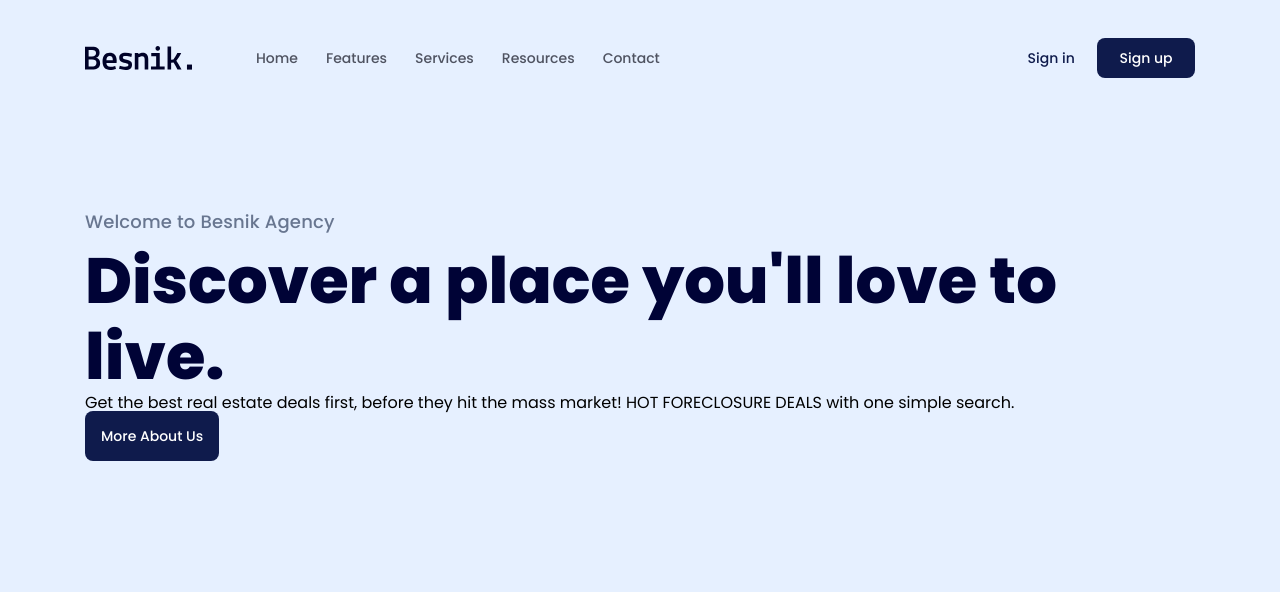
Repository: Tibi2003/f8-htmlcss-01
Page: index.html
An editor plug-in stored every save of this project. The page is shown before and after the next save, followed by the edit.
The browser window is 1280 px wide. The pictures show the whole page.

Above is the page before, as saved 2024-02-05 16:38:32.

After the next save:
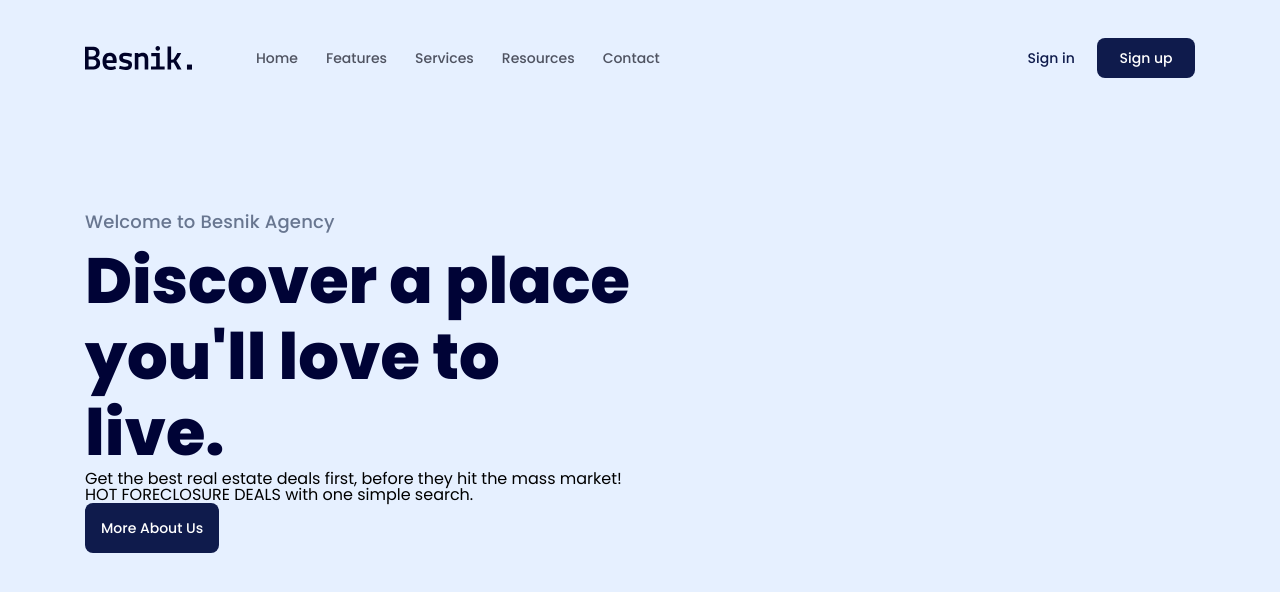
Saved 2 min 7 s later.
--- a/assets/css/styles.css
+++ b/assets/css/styles.css
@@ -90,6 +90,10 @@ a {
 	margin-top: 130px;
 }
 
+.hero .info {
+	width: 50.4%;
+}
+
 .hero .sub-title {
 	font-size: 1.8rem;
 	font-weight: 500;
